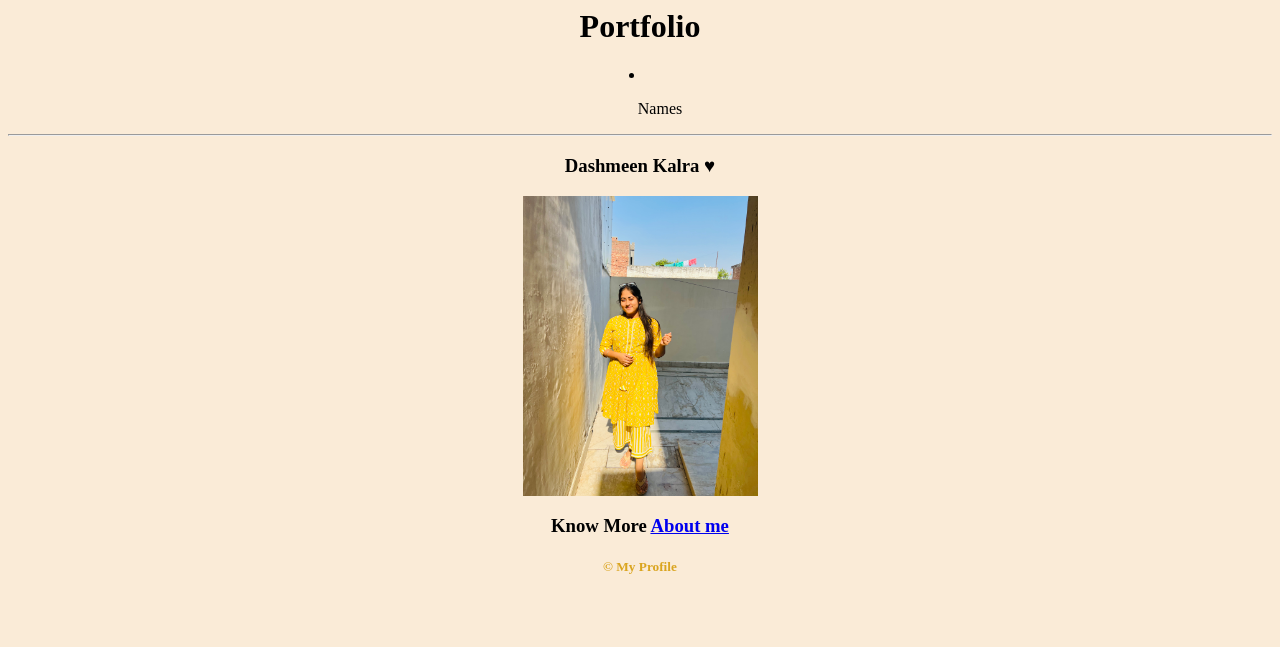
Repository: dashmeenkalra/dashmeen_kalra
Page: html/index.html
These files come from the project's save history. The page is drawn as it stood at one moment and after the next save; the edit follows.
The browser window is 1280 px wide. The pictures show the whole page.

Above is the page before, as saved 2023-03-05 12:17:17.

### html/index.html
<html>
    <head>
         <link href="https://th.bing.com/th/id/R.fd5a137d4cc43657449836c511c422e1?rik=xs4NJnZD7SrL9w&riu=http%3a%2f%2fcdn.onlinewebfonts.com%2fsvg%2fimg_24787.png&ehk=XT7ycIEO1QBstZHkYYA%2fmHm7bSjaBM1nSo61Bl%2bnJSs%3d&risl=&pid=ImgRaw&r=0" rel="icon" />
        <title>
        My profile
        </title>
    </head>
    <body style="background-color: antiquewhite;">
        <header>
        <center>
        <h1>
             Portfolio
        </h1>
        <li>
            <ul style="text-decoration: dotted;">
                Names
            </ul>
            <ol>

            </ol>
        </li>
        <hr/>
        <h3>
            Dashmeen Kalra &heartsuit;
        </h3>
            <img src ="imagehere/IMG_8248 (1).jpg" alt="me" title="profile" width="235" height="300"/>
        </center>
        </header>
        <div>
            <center>
            <h3>
                Know More
           <a href="first.html"
           target=_blank > About me
            </a>
            </h3>
            </center>
        </div>
        <footer>
            <center>
            <h5 style ="color:goldenrod"> &copy; My Profile</h5>
            </center>
        </footer>
    </body>
</html>

After the next save:
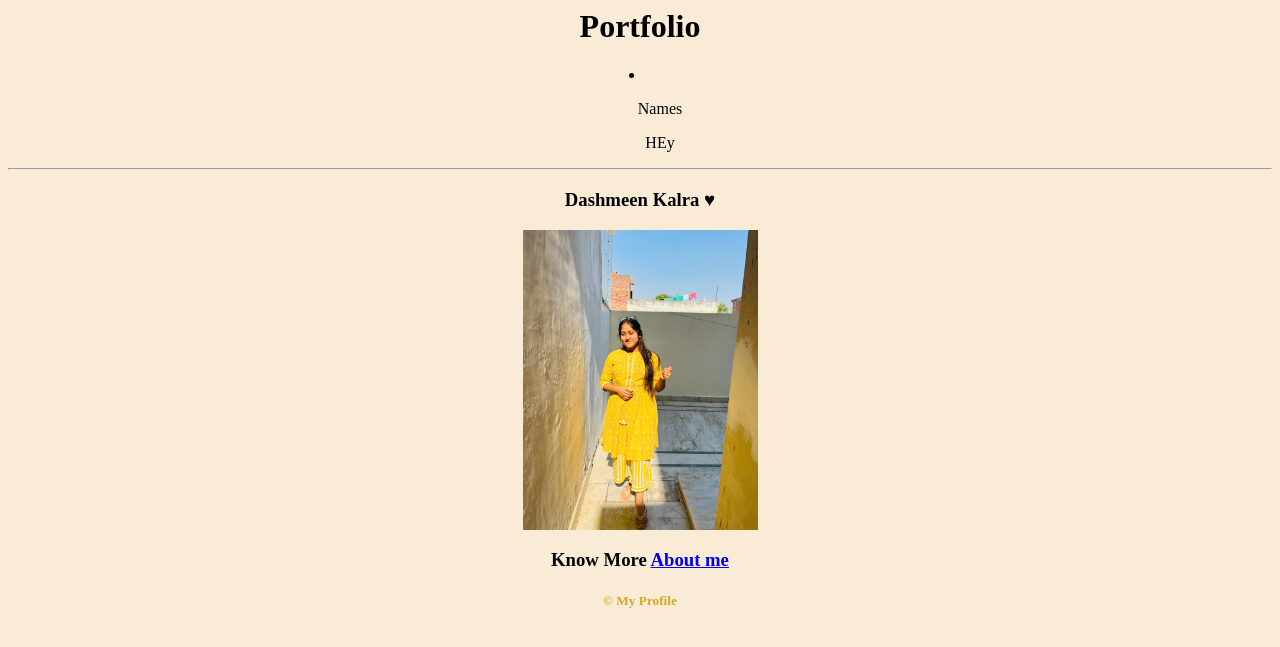
Saved 5 s later.
--- a/html/index.html
+++ b/html/index.html
@@ -16,7 +16,7 @@
                 Names
             </ul>
             <ol>
-
+                HEy
             </ol>
         </li>
         <hr/>
